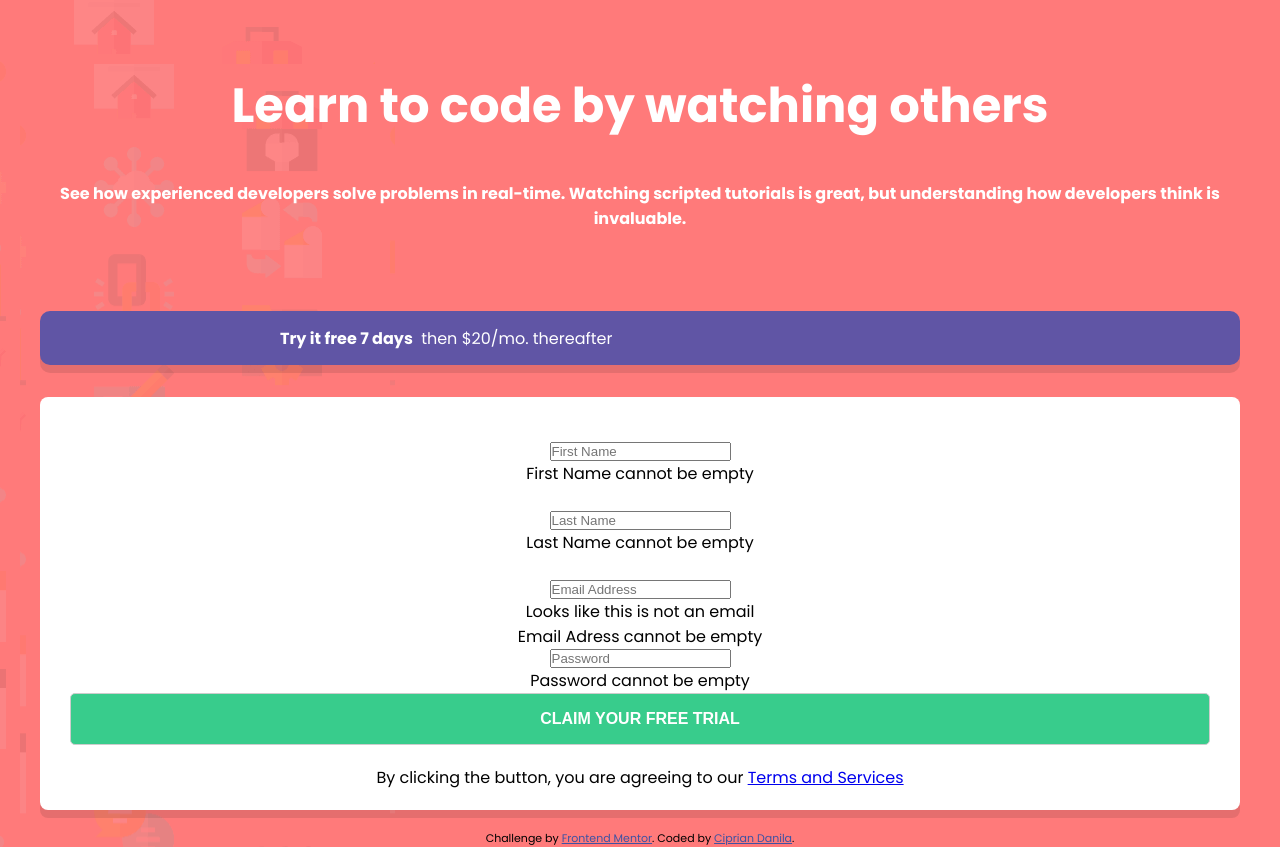
Repository: cipdanila/intro-component-with-sign-up-form
Page: index.html
The author's editor kept a copy of each file at every save. The page is drawn from the files as they stood at one save, then again after the next save.
The browser window is 1280 px wide. The pictures show the whole page.

Above is the page before, as saved 2024-02-14 19:23:22.

After the next save:
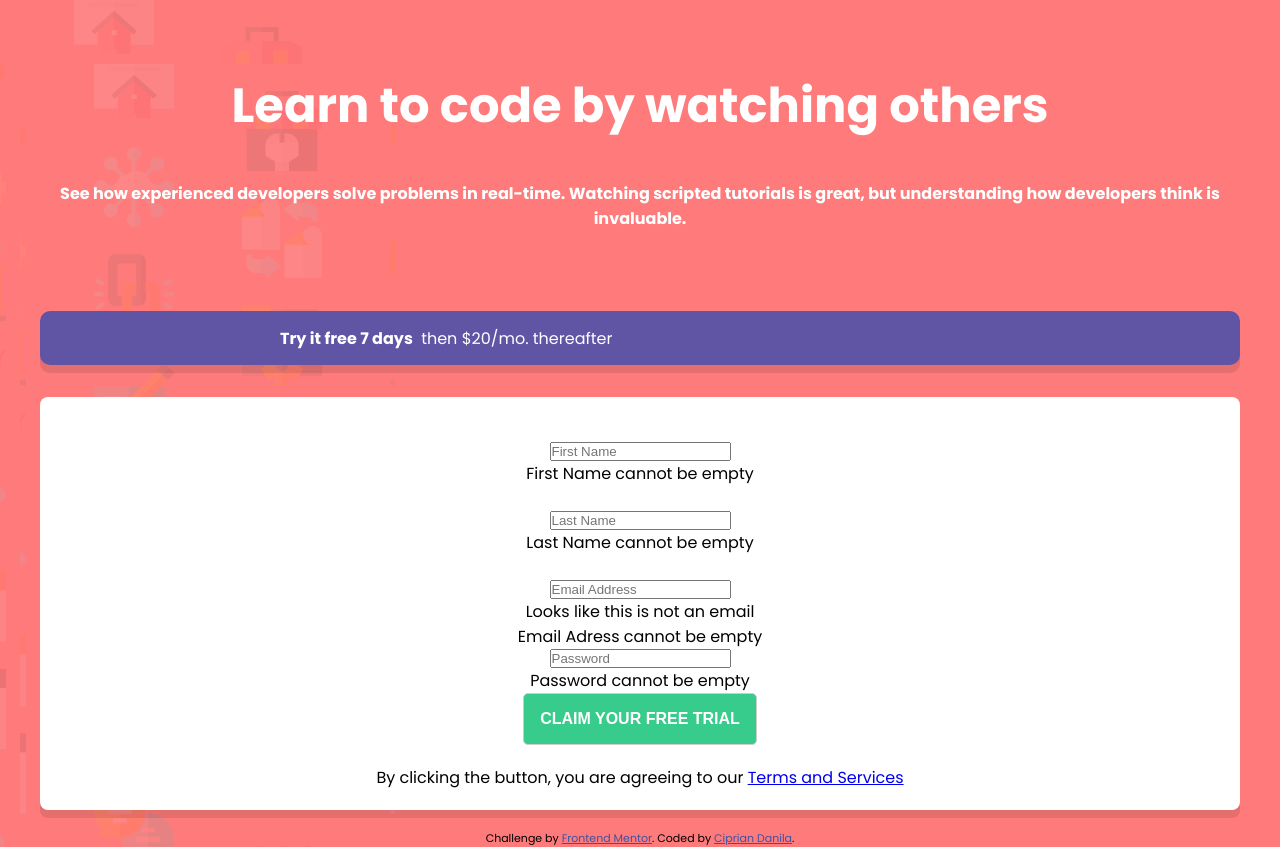
Saved 24 s later.
--- a/css/styles.css
+++ b/css/styles.css
@@ -87,7 +87,6 @@
     background-color: var(--green);
     color: var(--white);
     cursor: pointer;
-    width: calc(100% - 1.25rem);
     padding: 1rem;
     margin-bottom: 1.200rem;
     border-radius: 0.313rem;
